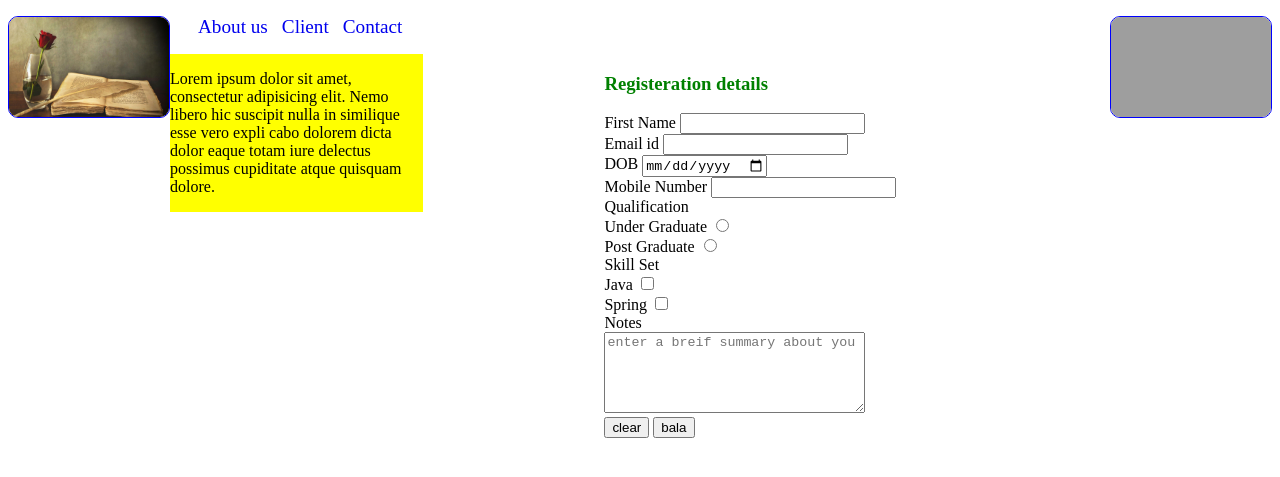
Repository: Balamurugan1914/crud_operation_without_db
Page: html_example/src/main/webapp/Registeration.html
An editor plug-in stored every save of this project. The page is shown before and after the next save, followed by the edit.
The browser window is 1280 px wide. The pictures show the whole page.
Pictures or frames that could not be fetched are drawn as grey boxes.

Above is the page before, as saved 2022-06-24 07:13:46.

### html_example/src/main/webapp/Registeration.html
<!DOCTYPE html>
<html>
<head>
<meta charset="UTF-8">
<title>Regesteration Portal</title>
<link href="style/mycssfilestyle.css" type="text/css" rel="stylesheet">
<style type="text/css">
ul>li {
	display: inline;
}

a {
	text-decoration: none;
	font-size: 1.2em;
}

.smallImage {
	width: 160px;
	height: 100px;
	border: 1px solid blue;
	border-radius: 10px
}
</style>
</head>
<body>
	<header style="width: 100%; height: 20%">
		<img alt="image of book" src="images/books.jpg"
			class="smallImage left"> <img alt="image of book"
			src="images/book.jpeg" class="smallImage right">
		<nav>
			<ul style="margin-left: 150px">
				<li><a href="aboutus.html">About us</a></li>
				<li style="margin-left: 10px"><a href="client.html">Client</a></li>
				<li style="margin-left: 10px"><a href="contact.html">Contact</a></li>

			</ul>
		</nav>
	</header>

	<section style="width: 100%; height: 60%">

		<article style="width: 20%; background-color: yellow" class="left">
			<p>Lorem ipsum dolor sit amet, consectetur adipisicing elit. Nemo
				libero hic suscipit nulla in similique esse vero expli cabo dolorem
				dicta dolor eaque totam iure delectus possimus cupiditate atque
				quisquam dolore.</p>

		</article>
		<article style="width: 40%" class="right">
			<form action="client.html" method="get">
				<h1 style="color: green">Registeration details</h1>
				<div>
					<label for="firstName">First Name</label> <input type="text"
						name="firstName" required="required" id="firstName" />
				</div>
				<div>
					<label for="email">Email id</label> <input type="email"
						name="email" id="email" multiple="multiple" />
				</div>
				<div>
					<label for="birthDate">DOB</label> <input type="date"
						name="dateBirth" id="birthDate" />
				</div>

				<div>
					<label for="mobile">Mobile Number</label> <input type="tel"
						name="phonenumber" id="mobile" pattern="[0-9]{10}" />
				</div>
				<div>
					<label for="qualification">Qualification</label>
				</div>
				<div>
					<label for="ug">Under Graduate</label> <input type="radio"
						value="Under Graduate" name="qualification" id="ug" />
				</div>
				<div>
					<label for="pg">Post Graduate</label> <input type="radio"
						value="Post Graduate" name="qualification" id="pg" />
				</div>
				<div>
					<label for="Skill">Skill Set</label>
				</div>
				<div>
					<label for="java">Java</label> <input type="checkbox" value="java"
						name="skill" id="java" />
				</div>
				<div>
					<label for="Spring">Spring</label> <input type="checkbox"
						value="Spring" name="skill" id="Spring" />
				</div>
				<div>
					<label for="Notes">Notes</label>
				</div>
				<div>
					<textarea name="notes" rows="5" cols="30"
						placeholder="enter a breif summary about you"></textarea>
				</div>
				<div>
					<input type="reset" value="clear"> <input type="submit"
						value="bala">

				</div>
			</form>

		</article>


		<footer style="width: 100%; height: 20%"></footer>
	</section>


</body>
</html>

### html_example/src/main/webapp/style/mycssfilestyle.css
@charset "UTF-8";

h4{
	text-align: center;
	color: cyan;
	}

	.centerText{
	text-align: center;

	}

	.Light{

	color: blue

	}

	.medium{

	color: green

	}
	.medium1{

	color: magenta

	}
	.dark{

	color: red

	}

	table{

	border: 1px solid blue;
	border-collapse: collapse;
	margin-left: auto;
	margin-right: auto;

	}

	th,tr,td{

	border: 1px solid blue;

	}

	.background{

	background-image: url("../images/books.jpg");
	background-repeat: no-repeat;
	background-size: cover;


	}
	.background1{

	background-image: url("../images/cover.jpg");
	background-repeat: no-repeat;
	background-size: cover;


	}
	.left{

float: left;


}
.right{

float: right;


}
.top{

float: top;


}

After the next save:
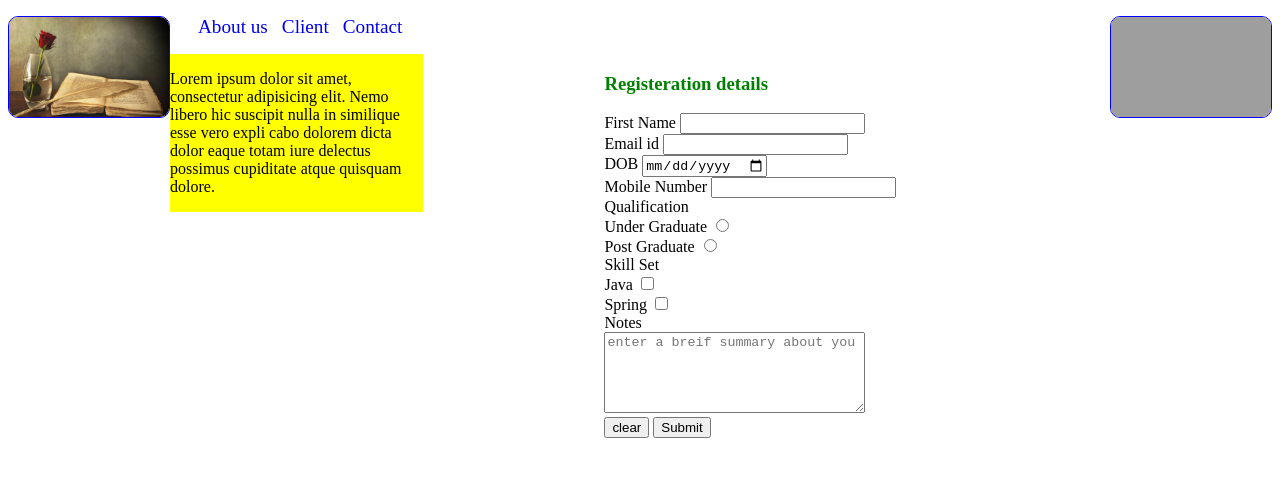
Saved 13 s later.
--- a/html_example/src/main/webapp/Registeration.html
+++ b/html_example/src/main/webapp/Registeration.html
@@ -97,7 +97,7 @@ a {
 				</div>
 				<div>
 					<input type="reset" value="clear"> <input type="submit"
-						value="bala">
+						>
 
 				</div>
 			</form>
